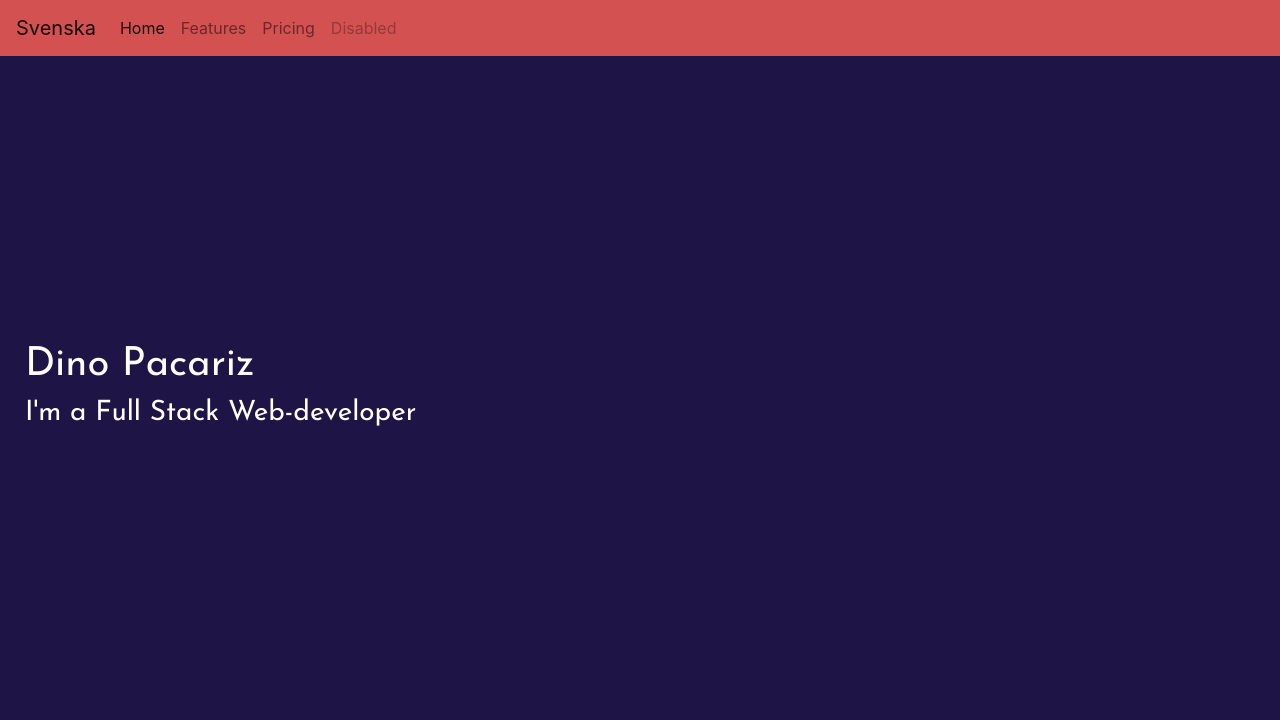
Repository: ImDino/Portfolio
Page: index.html
These files come from the project's save history. The page is drawn as it stood at one moment and after the next save; the edit follows.
The browser window is 1280 px wide. The pictures show the whole page.
Some web libraries are served in a nearby version. The style sheet was rebuilt from its Sass, Less or Tailwind sources for each picture, by a compiler version that may differ from the author's.

Above is the page before, as saved 2020-11-04 13:19:39.

### index.html
<!DOCTYPE html>
<html lang="en">
<head>
    <meta charset="UTF-8">
    <meta name="viewport" content="width=device-width, initial-scale=1.0">
    <link rel="stylesheet" href="https://cdn.jsdelivr.net/npm/bootstrap@4.5.3/dist/css/bootstrap.min.css" integrity="sha384-TX8t27EcRE3e/ihU7zmQxVncDAy5uIKz4rEkgIXeMed4M0jlfIDPvg6uqKI2xXr2" crossorigin="anonymous">
    <link href="https://fonts.googleapis.com/css2?family=Josefin+Sans&display=swap" rel="stylesheet">

    <script src="https://code.jquery.com/jquery-3.5.1.slim.min.js" integrity="sha384-DfXdz2htPH0lsSSs5nCTpuj/zy4C+OGpamoFVy38MVBnE+IbbVYUew+OrCXaRkfj" crossorigin="anonymous"></script>
    <script src="https://cdn.jsdelivr.net/npm/bootstrap@4.5.3/dist/js/bootstrap.bundle.min.js" integrity="sha384-ho+j7jyWK8fNQe+A12Hb8AhRq26LrZ/JpcUGGOn+Y7RsweNrtN/tE3MoK7ZeZDyx" crossorigin="anonymous"></script>
    <script src="https://cdnjs.cloudflare.com/ajax/libs/gsap/3.5.1/gsap.min.js"></script>
    <script src="/js/main.js"></script>


    <link rel="stylesheet" href="css/main.css">
    <title>Dino's Portfolio</title>
</head>
<body>
    <div id='pseudo-div'></div>
    <nav class="navbar navbar-expand-lg navbar-light bg-light">
        <!-- <a class="navbar-brand" href="#">Navbar</a> -->
        <a class="navbar-brand" id='lang' href="#">Svenska</a>
        <button class="navbar-toggler" type="button" data-toggle="collapse" data-target="#navbarNav" aria-controls="navbarNav" aria-expanded="false" aria-label="Toggle navigation">
          <span class="navbar-toggler-icon"></span>
        </button>
        <div class="collapse navbar-collapse" id="navbarNav">
          <ul class="navbar-nav">
            <li class="nav-item active">
              <a class="nav-link" href="#">Home <span class="sr-only">(current)</span></a>
            </li>
            <li class="nav-item">
              <a class="nav-link" href="#">Features</a>
            </li>
            <li class="nav-item">
              <a class="nav-link" href="#">Pricing</a>
            </li>
            <li class="nav-item">
              <a class="nav-link disabled" href="#" tabindex="-1" aria-disabled="true">Disabled</a>
            </li>
          </ul>
        </div>
    </nav>
    <div id='purple-div'>
        <div>
            <h1>Dino Pacariz</h1>
            <h3>I'm a Full Stack Web-developer</h3>
        </div>
    </div>
    <div id='face'>
    </div>
</body>
</html>

### js/main.js
document.addEventListener('DOMContentLoaded', () => {
    gsap.from("#purple-div", {duration: 1, x: -1000});
    gsap.from("#face", {duration: 1, opacity: 0});
    gsap.from("#face", {clearProps: 'all', duration: 1, x:100});
    TweenLite.from('#face', {y:20, ease:Linear.easeNone});





    // localStorage.clear()

    /*:::::::START:::::::::
    ::: Refresh Counter :::
    :::::::::::::::::::::*/

    if(localStorage.getItem('refreshCount') == null) {
        localStorage.setItem('refreshCount', 1);
    } else {
        let  localRefreshCount = localStorage.getItem('refreshCount')
        localRefreshCount++;
        localStorage.setItem('refreshCount', localRefreshCount);
    }
    if (parseInt(localStorage.getItem('refreshCount')) > 10) {
        localStorage.setItem('refreshCount', 1);
    }
    console.log('RefreshCount: '+localStorage.getItem('refreshCount'))


    /*::::::::END::::::::::
    ::: Refresh Counter :::
    :::::::::::::::::::::*/
})

### scss/main.scss


body {
    background-color: #D45151;
    color: white;
}

#pseudo-div {
    width: 100%;
    background-color: red;
}

.navbar {
    background-color: #D45151 !important;
    color: white;
}

#purple-div {
    padding-top: 60px;
    position: absolute;
    top: 0;
    bottom: 0;
    left: 0;
    right: 0;
    z-index: -1;
    background: linear-gradient(97deg, #1E1446 100%, rgba(255, 255, 255, 0) 50.15%);
    display: grid;
    place-content: center left;

    h1, h3 {
        margin-left: 25px;
        font-family: 'Josefin Sans', sans-serif;

    }
    h1 {
        // font-size: 2em;
    }
}

#face {
    position: fixed;
    top: 0;
    bottom: 0;
    left: 0;
    right: 0;
    // margin-right: 300px;
    background: url('/img/vectorFace.png') no-repeat;
    background-color: #D45151;
    z-index: -2;
    background-blend-mode: darken;
    background-size: 50vh;
    background-position: right;
}



/* //TODO
1. Darkmode, ställa in särskilda färger IFALL man är i darkmode? UX baby.

*/

After the next save:
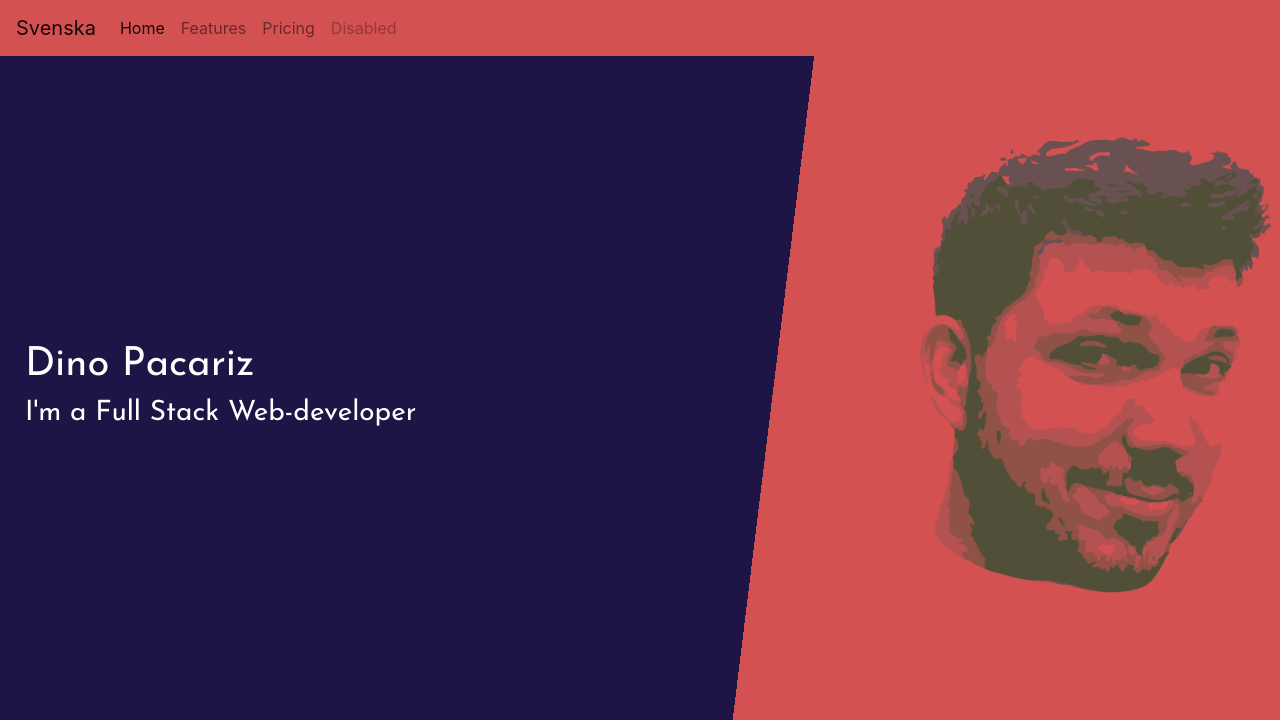
Saved 13 s later.
--- a/scss/main.scss
+++ b/scss/main.scss
@@ -23,7 +23,7 @@ body {
     left: 0;
     right: 0;
     z-index: -1;
-    background: linear-gradient(97deg, #1E1446 100%, rgba(255, 255, 255, 0) 50.15%);
+    background: linear-gradient(97deg, #1E1446 60%, rgba(255, 255, 255, 0) 50.15%);
     display: grid;
     place-content: center left;
 
